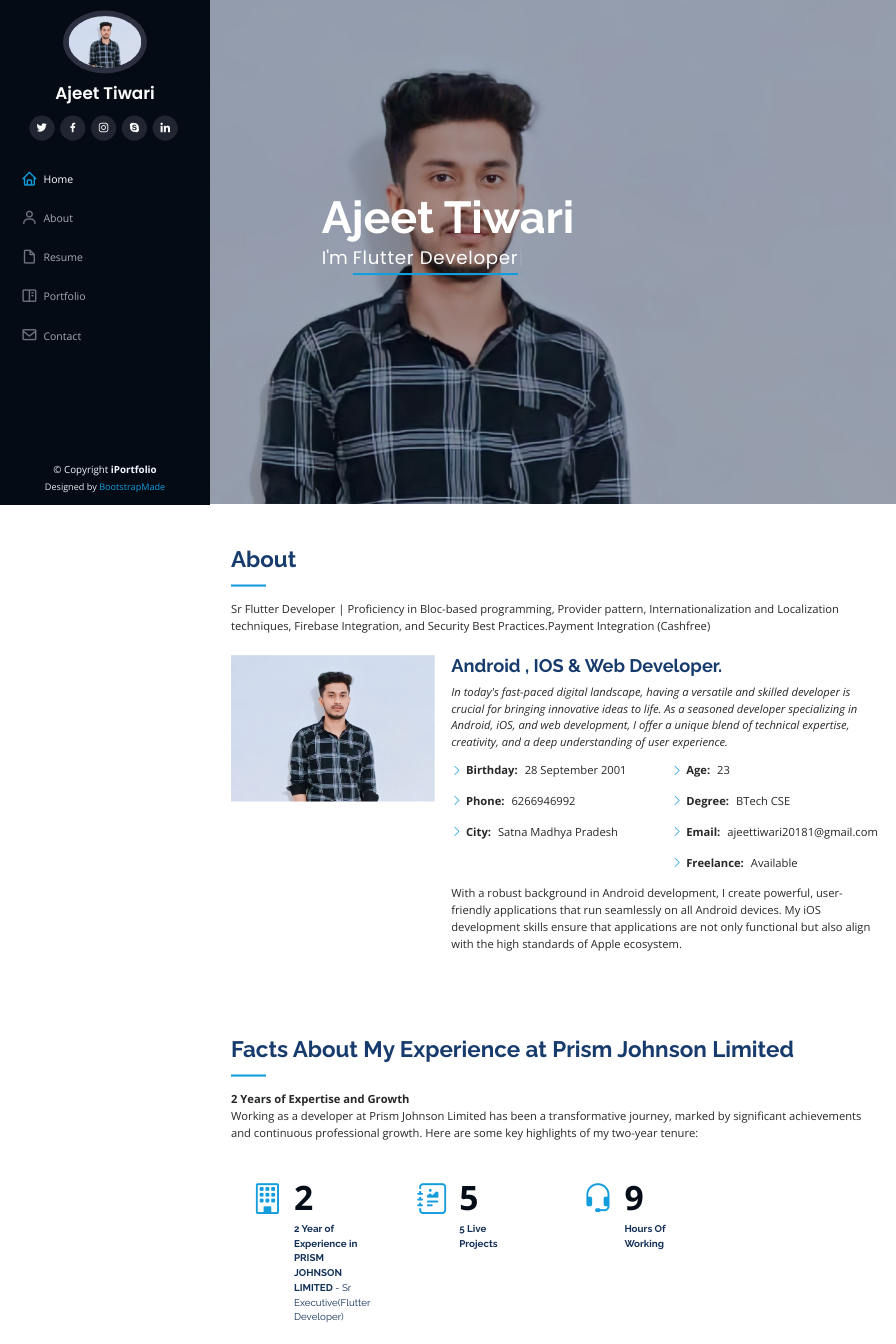
Repository: ajeettiwari-2809/iPortfolio
Page: index.html
An editor plug-in stored every save of this project. The page is shown before and after the next save, followed by the edit.
The browser window is 1280 px wide. The pictures show the part of the page from y = 0 to 1920 px (the page is 6496 px tall), at 70% of full size.
Backgrounds fixed to the window are drawn as part of the page.

Above is the page before, as saved 2024-06-05 11:44:39.

After the next save:
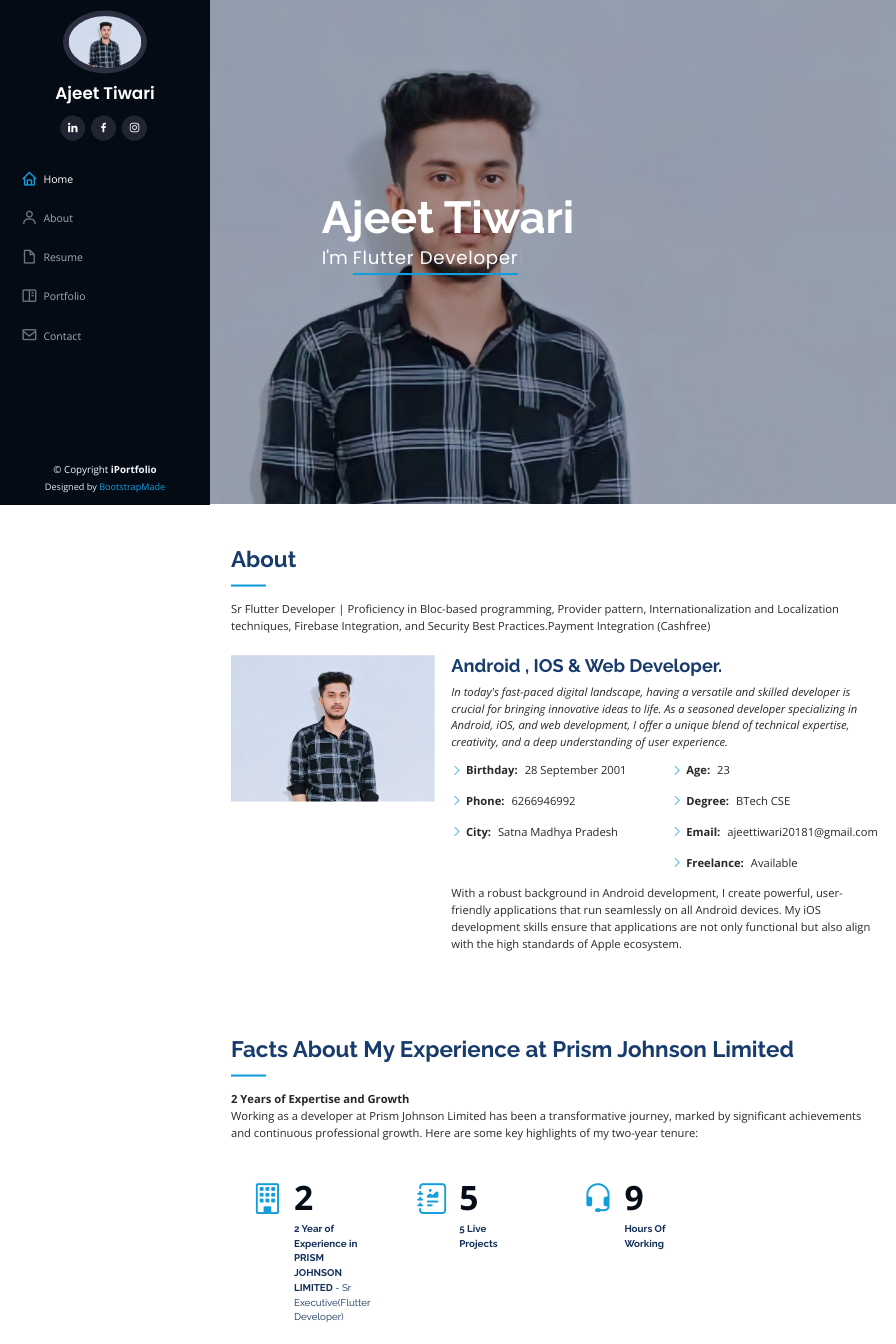
Saved 4 min 54 s later.
--- a/index.html
+++ b/index.html
@@ -49,11 +49,13 @@
         <img src="assets/img/ajeetimage.png" alt="" class="img-fluid rounded-circle">
         <h1 class="text-light"><a href="index.html">Ajeet Tiwari</a></h1>
         <div class="social-links mt-3 text-center">
-          <a href="#" class="twitter"><i class="bx bxl-twitter"></i></a>
-          <a href="#" class="facebook"><i class="bx bxl-facebook"></i></a>
-          <a href="#" class="instagram"><i class="bx bxl-instagram"></i></a>
-          <a href="#" class="google-plus"><i class="bx bxl-skype"></i></a>
-          <a href="#" class="linkedin"><i class="bx bxl-linkedin"></i></a>
+          <a href="https://www.linkedin.com/in/ajeet-tiwari-01905920b?utm_source=share&utm_campaign=share_via&utm_content=profile&utm_medium=ios_app" class="linkedin"><i class="bx bxl-linkedin"></i></a>
+          <a href="" class="facebook"><i class="bx bxl-facebook"></i></a>
+          <a href="https://www.instagram.com/ajeettiwari____?igsh=a3J4eXc4cG4yYWhu&utm_source=qr" class="instagram"><i class="bx bxl-instagram"></i></a>
+
+
+
+
         </div>
       </div>
 
